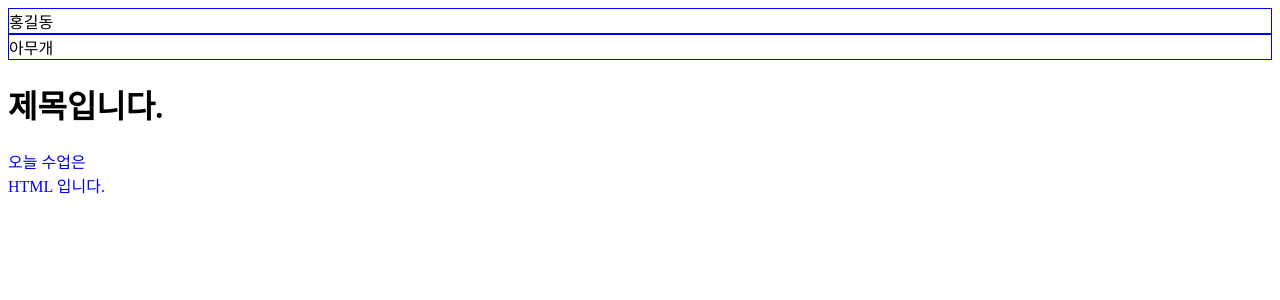
Repository: kmd192kmd/Web
Page: html/HtmlTest/src/main/webapp/ex03.html
An editor plug-in stored every save of this project. The page is shown before and after the next save, followed by the edit.
The browser window is 1280 px wide. The pictures show the whole page.

Above is the page before, as saved 2026-02-12 06:19:30.

### html/HtmlTest/src/main/webapp/ex03.html
<!DOCTYPE html>
<html>
<head>
<meta charset="UTF-8">
<title>Insert title here</title>
<style>
	div {border : 1px solid blue;}
</style>
</head>
<body>

	<!--

		HTML 수업 = XML 수업 > ML 언어

		HTML 구성 요소

		1. 태그(Tag), 요소(Element)
		2. 특성(Attribute)
		3. 텍스트(PCDATA)
		4. 주석(Comment)
		--------------------------------
		5. 선언문(Declaration)
		6. 엔티티(Entity)
		7. 외부 요소
		8. 등등..


		1. 태그(Tag), 요소(Element)
		- 명령어를 <>로 묶어 놓은 요소
		- HTML 문서에서 골격(뼈대)을 만드는 역할(레이아웃 생성) a
		- 데이터를 화면에 출력하는 역할 b
		- 각 태그마다 역할 부여 > 출력되는 결과 or 기능 or 의미가 다르다.




		요구사항] 학생 정보를 저장할 파일을 생성하시오.
		- 이름, 나이, 주소
		a. student.txt > CSV = 구조(O) + 의미(X)
		b. student.xml > 구조(O) + 의미(O)


	 -->

	 <div>홍길동</div>
	 <div>아무개</div>

	 <h1> 제목입니다.</h1>

	 <font color="blue" face="궁서체" title="오늜 수업 내용">오늘 수업은 <br> HTML 입니다.</font>

</body>
</html>

After the next save:
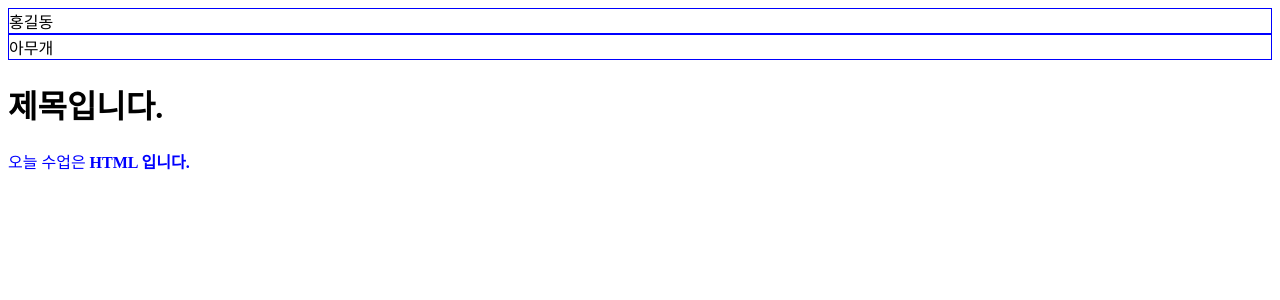
Saved 4 s later.
--- a/html/HtmlTest/src/main/webapp/ex03.html
+++ b/html/HtmlTest/src/main/webapp/ex03.html
@@ -48,7 +48,7 @@
 
 	 <h1> 제목입니다.</h1>
 
-	 <font color="blue" face="궁서체" title="오늜 수업 내용">오늘 수업은 <br> HTML 입니다.</font>
+	 <font color="blue" face="궁서체" title="오늜 수업 내용">오늘 수업은 <b r> HTML 입니다.</font>
 
 </body>
 </html>

After the save that followed:
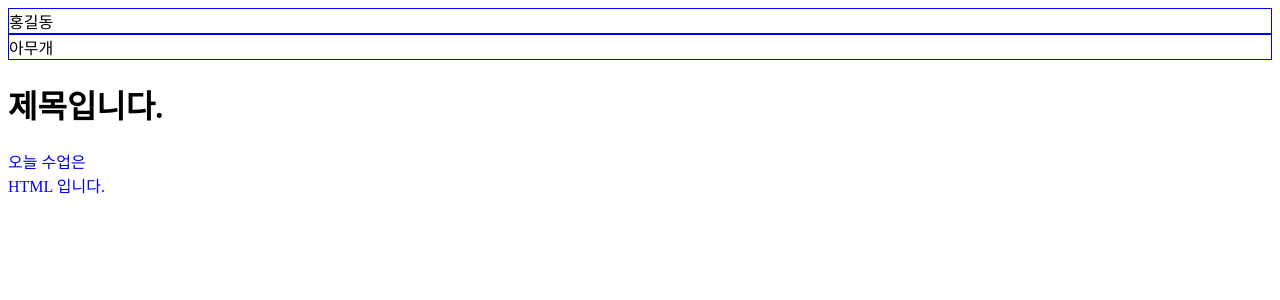
Saved 36 s later.
--- a/html/HtmlTest/src/main/webapp/ex03.html
+++ b/html/HtmlTest/src/main/webapp/ex03.html
@@ -48,7 +48,7 @@
 
 	 <h1> 제목입니다.</h1>
 
-	 <font color="blue" face="궁서체" title="오늜 수업 내용">오늘 수업은 <b r> HTML 입니다.</font>
+	 <font color="blue" face="궁서체" title="오늜 수업 내용">오늘 수업은 <br> HTML 입니다.</font>
 
 </body>
 </html>
